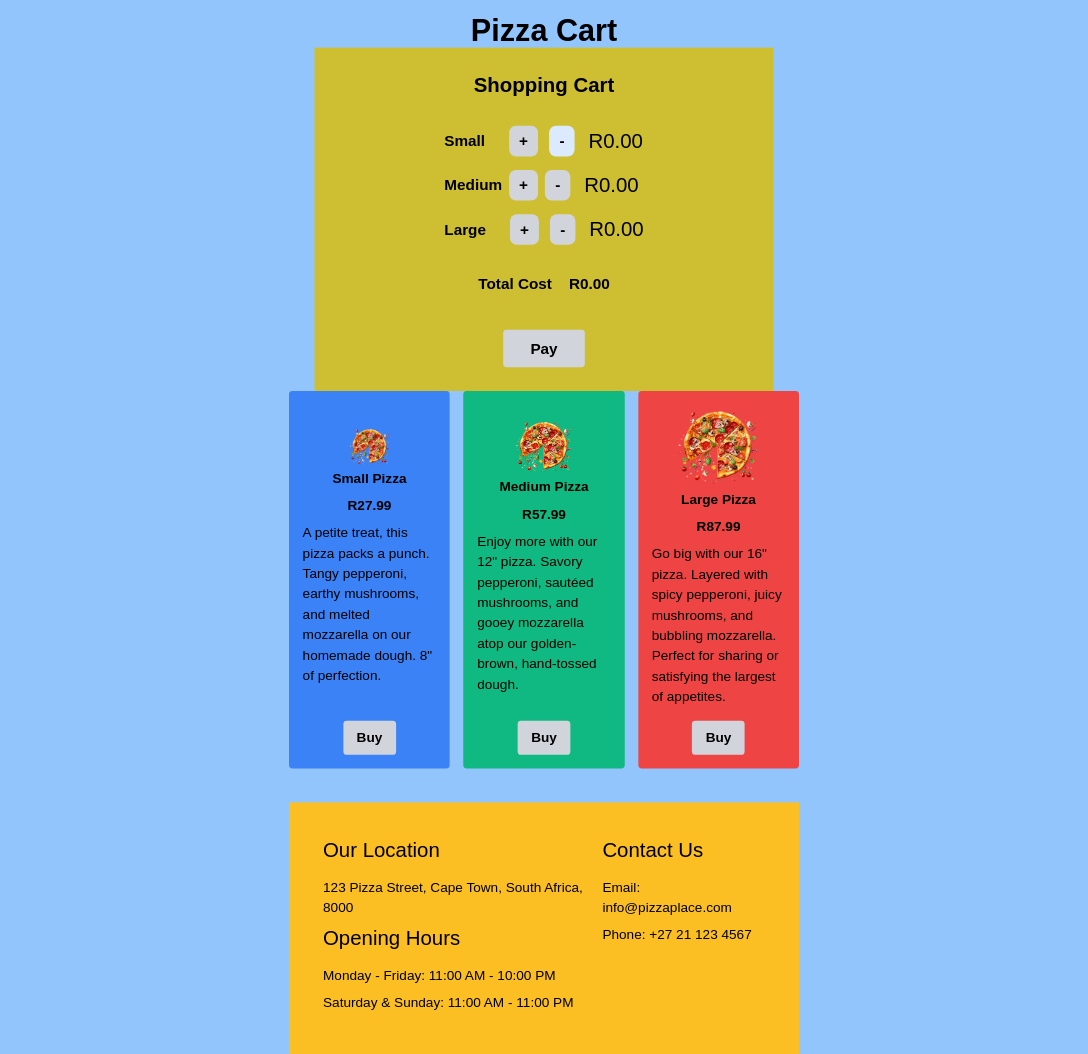
Repository: lasity34/pizza_cart
Page: index.html
These files come from the project's save history. The page is drawn as it stood at one moment and after the next save; the edit follows.
The browser window is 1280 px wide. The pictures show the whole page, at 85% of full size.
Some web fonts or font styles are not loaded; a fallback is used. Some web libraries are served in a nearby version.

Above is the page before, as saved 2023-07-12 14:34:20.

After the next save:
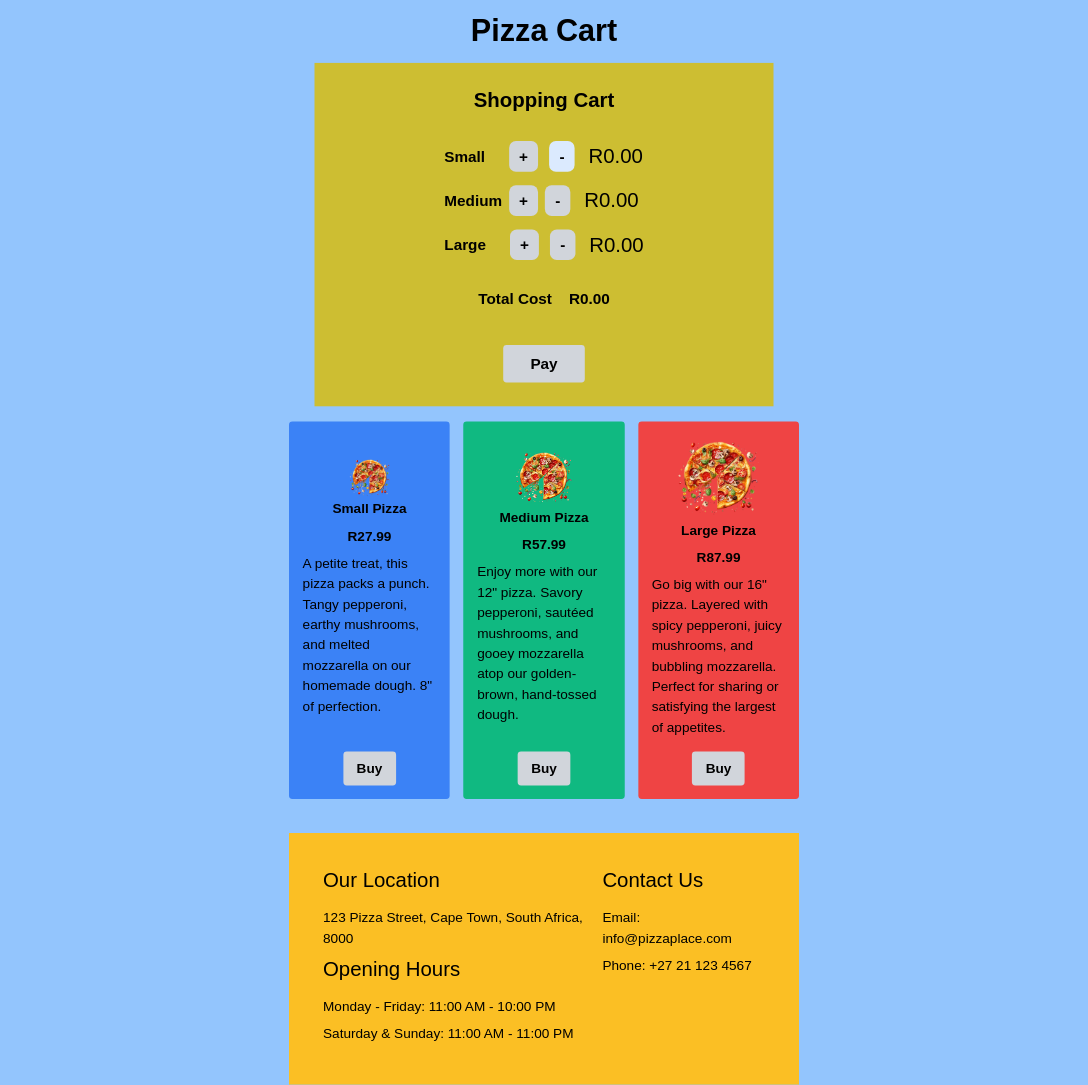
Saved 14 s later.
--- a/style.css
+++ b/style.css
@@ -9,7 +9,7 @@ font-family: 'Tsukimi Rounded', sans-serif;
 .shop-container {
     background-color: rgb(205, 190, 50);
     max-width: 90%;
-    margin: 0 auto;
+    margin: 1em auto;
 }
 
 input::-webkit-outer-spin-button,
